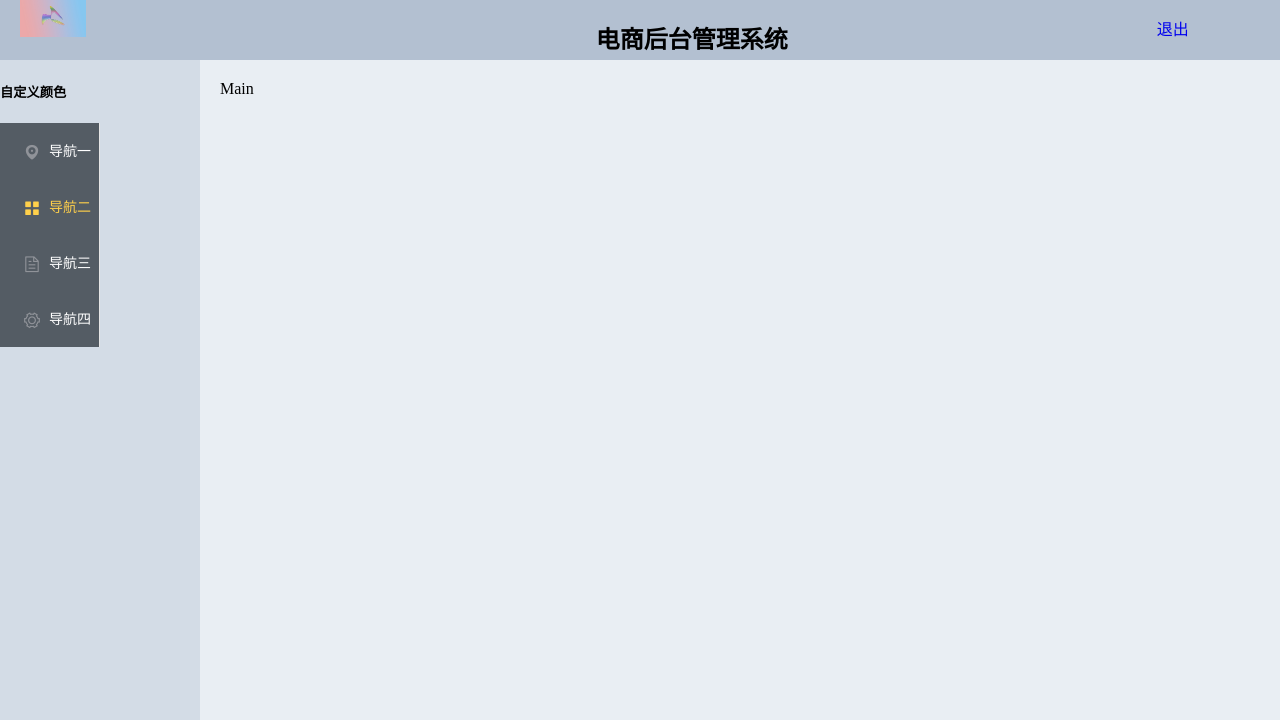
Repository: StenphonCook/mallmanger_my
Page: /#/
The author's editor kept a copy of each file at every save. The page is drawn from the files as they stood at one save, then again after a run of saves.
The browser window is 1280 px wide. The pictures show the whole page.
The project was rebuilt for these pictures with package versions that can differ from the ones it lists, and the page was loaded fresh each time. Also part of the build but not shown: src/components/login/login.vue.

Above is the page before, as saved 2022-05-18 22:19:08.

After the next 2 saves:
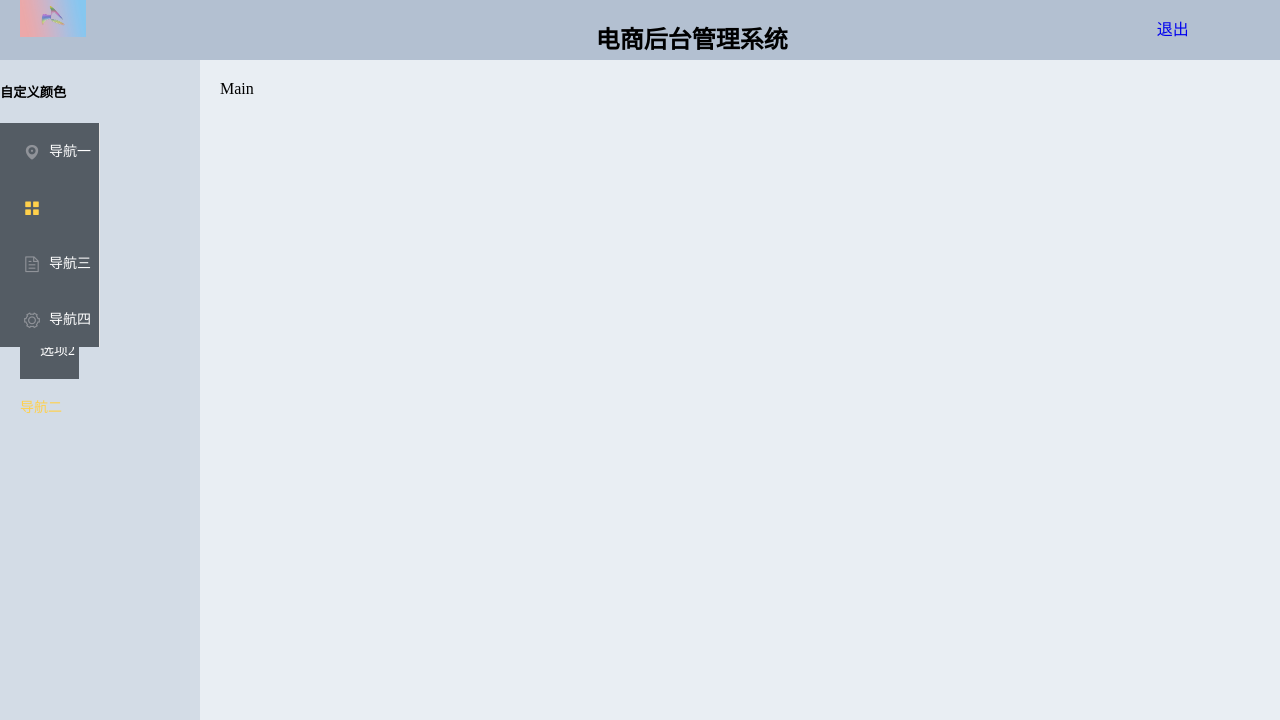
The 2 saves are shown as one change because they came seconds apart.
The last was saved 2 min 0 s later.
--- a/src/components/home/home.vue
+++ b/src/components/home/home.vue
@@ -48,8 +48,15 @@
                             </el-submenu>
                         </el-submenu>
                         <el-menu-item index="2">
-                            <i class="el-icon-menu"></i>
-                            <span slot="title">导航二</span>
+                            <template>
+                                <i class="el-icon-menu"></i>
+                                <span slot="title">导航二</span>
+                            </template>
+                            <el-menu-item-group>
+                            <template slot="title">分组一</template>
+                            <el-menu-item index="1-1">选项1</el-menu-item>
+                            <el-menu-item index="1-2">选项2</el-menu-item>
+                            </el-menu-item-group>
                         </el-menu-item>
                         <el-menu-item index="3">
                             <i class="el-icon-document"></i>
